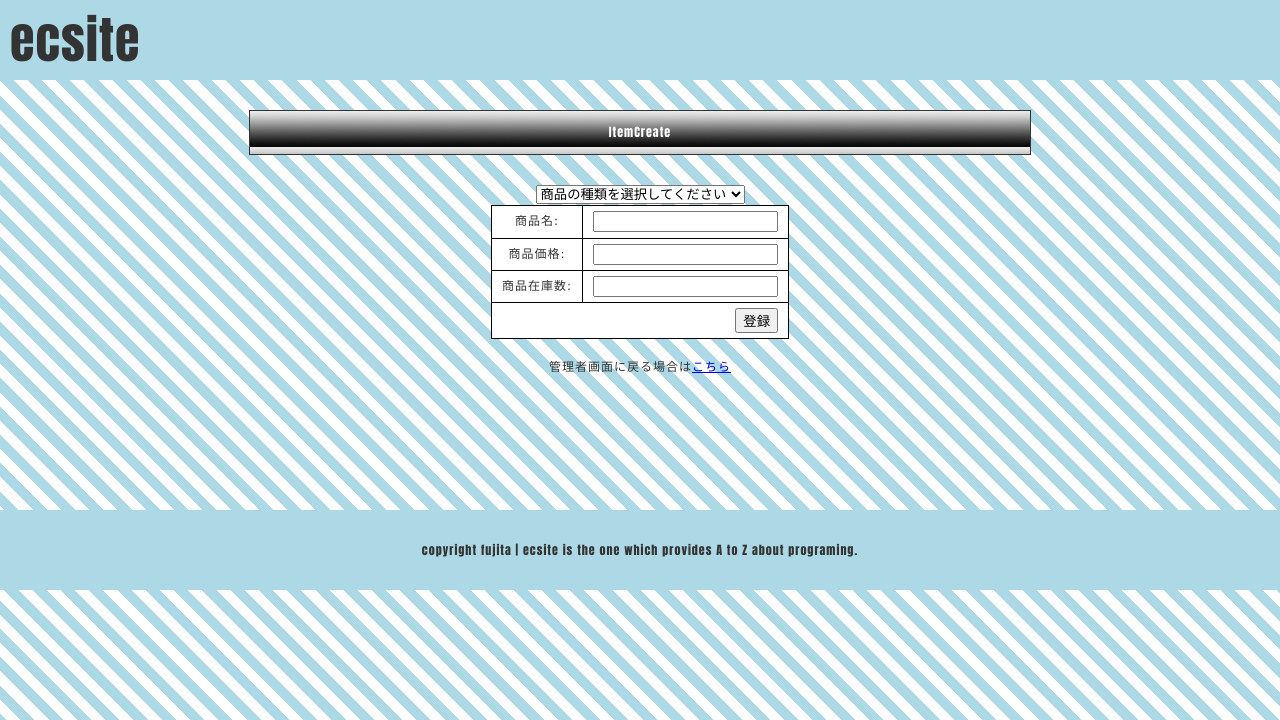
Repository: ryousukefujita-0423/test
Page: http://localhost/ecsite/itemCreate.jsp
The author's editor kept a copy of each file at every save. The page is drawn from the files as they stood at one save, then again after the next save.
The browser window is 1280 px wide. The pictures show the whole page.
The page is served by Tomcat 9. Other server files are loaded and not shown.

Above is the page before, as saved 2019-03-22 03:13:18.

### ecsite/WebContent/itemCreate.jsp
<%@ page language="java" contentType="text/html; charset=UTF-8"
	pageEncoding="UTF-8"%>
<%@ taglib prefix="s" uri="/struts-tags"%>
<!DOCTYPE html>
<html>
<head>
<meta http-equiv="Content-Type" content="text/html; charset=UTF-8" />
<meta http-equiv="Content-Style-Type" content="text/css" />
<meta http-equiv="Content-Script-Type" content="text/javascript" />
<meta http-equiv="imagetoolbar" content="no" />
<meta name="description" content="" />
<meta name="keywords" content="" />
<link rel="stylesheet" type="text/css" href="./css/style.css">
<title>ItemCreate画面</title>
</head>
<body>
	<div id="header">ecsite</div>
	<div id="main">
		<div id="top">
			<p>ItemCreate</p>
		</div>
		<s:if test="errormsg !=''">
			<s:property value="errormsg" />
		</s:if>
		<s:form action="ItemCreateConfirmAction">
			<s:textfield name="item_name" label="商品名" />
			<s:textfield name="item_price" label="商品価格" />
			<s:textfield name="item_stock" label="商品在庫数" />
			<select name="item_type">
				<option>商品の種類を選択してください</option>
				<option value="1">文房具</option>
				<option value="2">書籍</option>
				<option value="3">電化製品</option>
				<option value="4">食品</option>
				<option value="5">家具</option>
				<option value="6">日用雑貨</option>
			</select>
			<s:submit value="登録" />
		</s:form>
		<br>
		<div>
			管理者画面に戻る場合は<a href="http://localhost:8080/ecsite/admin.jsp" />こちら</a>
		</div>
	</div>
	<div id="footer">copyright fujita | ecsite is the one which
		provides A to Z about programing.</div>
</body>
</html>

### ecsite/WebContent/css/style.css
@CHARSET "UTF-8";

body {
	margin: 0;
	padding: 0;
	line-height: 1.6;
	letter-spacing: 1px;
	font-family: Verdana, Helvetica, sans-serif;
	font-size: 12px;
	color: #333;
	background: repeating-linear-gradient(45deg, lightblue, lightblue 10px, white 0,
		white 20px);
}

table {
	text-align: center;
	margin: 0 auto;
	border-collapse: collapse;
}

tr {
	background-color: white;
}

td {
	padding: 5px 10px;
	border: 1px solid black;
}

#top {
	width: 780px;
	margin: 30px auto;
	border: 1px solid #333;
	font-family: impact;
	background-image: url("../img/trbackba.jpg");
	background-position: top left;
	color: white;
	background-color: #eeeeff;
}

#header {
	widht: 100%;
	height: 80px;
	background-color: lightblue;
	line-height: 80px;
	font-family: impact;
	font-size: 50px;
	padding-left: 10px;
}

#kanri {
	clear: both;
	widht: 100%;
	height: 100px;
	line-height: 100px;
	text-align: center;
}

#main {
	widht: 100%;
	height: 100%;
	text-align: center;
	position: relative;
	min-height: 400px;
}

#footer {
	widht: 100%;
	height: 80px;
	background-color: lightblue;
	clear: both;
	font-family: impact;
	line-height: 80px;
	text-align: center;
	bottom: 0;
}

#text-center {
	display: inline-block;
	text-aligin: center;
}

#text-link {
	display: inline-block;
	text-aligin: right;
}

#text-center {
	display: inline-block;
	text-align: center;
}

#left {
	float: left;
	width: 50%;
	height: 200px;
}

#right {
	float: right;
	width: 50%;
	height: 200px;
}

#color {
	widht: 20px;
	height: 50px;
}

#checkbox_hidden {
	display: none;
}

#table_color {
	background-color: white;
}

#sold_color {
	color: red;
	border: 1px solid black;
}

#table_midashi {
	background-image: url("../img/trbackba.jpg");
	background-position: bottom left;
	color: white;
	background-color: #eeeeff;
}

#item_type {
	border-collapse: separate;
	border-spacing: 40px 20px;
}

After the next save:
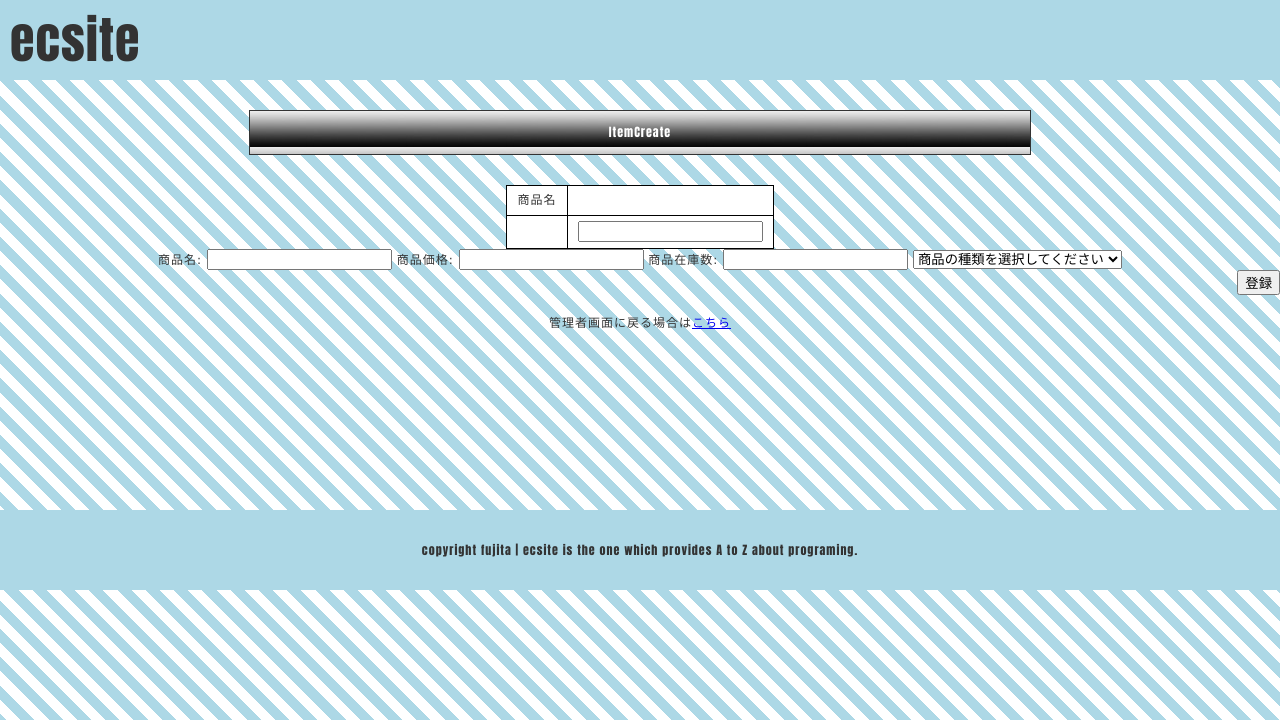
Saved 3 min 2 s later.
--- a/ecsite/WebContent/itemCreate.jsp
+++ b/ecsite/WebContent/itemCreate.jsp
@@ -23,6 +23,13 @@
 			<s:property value="errormsg" />
 		</s:if>
 		<s:form action="ItemCreateConfirmAction">
+			<table>
+				<tr>
+					<td>商品名</td>
+					<td><s:textfield name="item_name" /></td>
+				</tr>
+
+			</table>
 			<s:textfield name="item_name" label="商品名" />
 			<s:textfield name="item_price" label="商品価格" />
 			<s:textfield name="item_stock" label="商品在庫数" />
